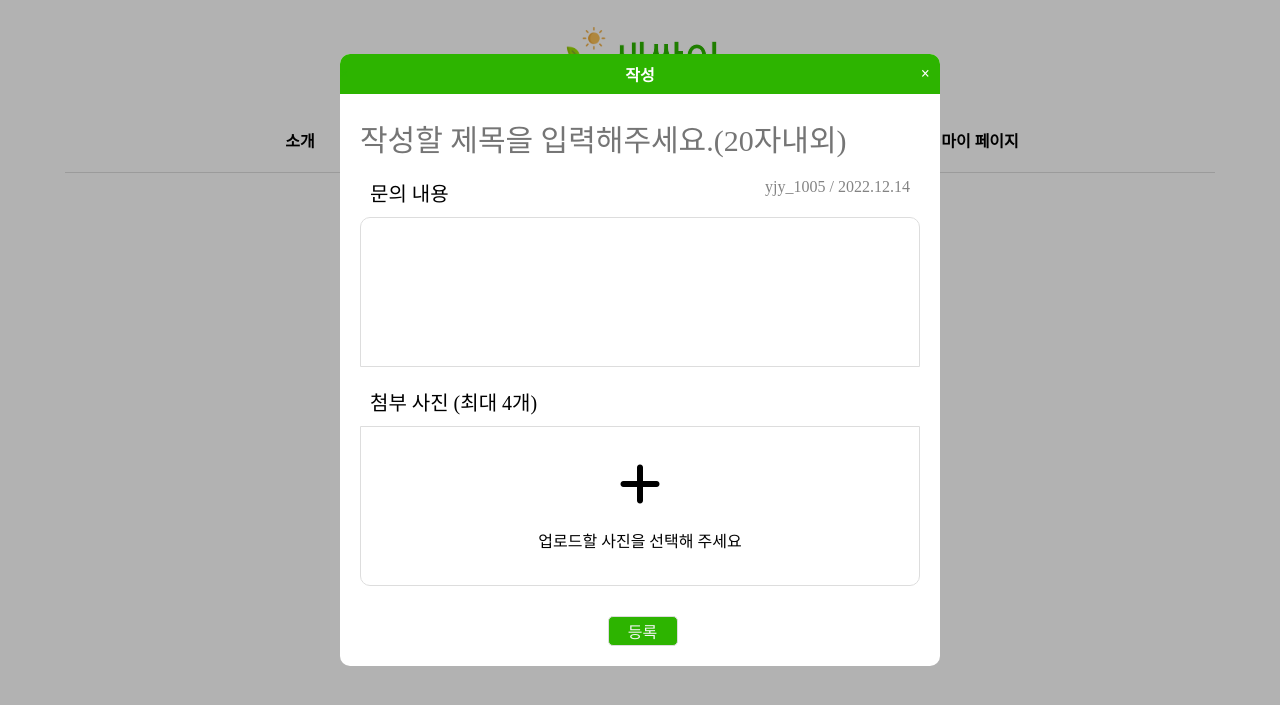
Repository: Seedye/Seedye
Page: team/src/main/webapp/html/board/board-write.html
These files come from the project's save history. The page is drawn as it stood at one moment and after the next save; the edit follows.
The browser window is 1280 px wide. The pictures show the whole page.
Some web fonts or font styles are not loaded; a fallback is used. Some web libraries are served in a nearby version.

Above is the page before, as saved 2022-12-19 09:29:43.

### team/src/main/webapp/html/board/board-write.html
<!DOCTYPE html>
<html lang="en">
<head>
  <meta charset="UTF-8">
  <meta http-equiv="X-UA-Compatible" content="IE=edge">
  <meta name="viewport" content="width=device-width, initial-scale=1.0">
  <link rel="stylesheet" href="../../resources/css/header.css">
  <link rel="stylesheet" href="../../resources/css/board/board-write-style.css">
  <title>게시물 작성 모달</title>

  <script src="https://kit.fontawesome.com/95f413b465.js" crossorigin="anonymous"></script>

</head>
<body>
  <header>
    <!-- 헤더 -->
    <section id="header-container">
        <!-- 로고 -->
        <section id="header-section">
            <a href="#"><img id="logo" src="../../resources/images/새싹이.png"></a>
            <a href="#" id="logo-content">새싹이</a>
        </section>
        <!-- 메뉴창 -->
        <nav id="nav-bar">
            <ul>
                <li><a href="#"></a>소개</li>
                <li><a href="#"></a>공지사항</li>
                <li><a href="../board/board-list.html"></a>커뮤니티</li>
                <li><a href="#"></a>식당 등록 문의</li>
                <li><a href="#"></a>마이 페이지</li>
                <!-- <li><a href="#"></a>관리자</li> -->
                <!-- <li><a href="#"></a>후원</li> -->
            </ul>
        </nav>
    </section>
  </header>
  <div class="board-view-modal">
    <div class="board-view-area">
      <!-- /* 상세보기 */ -->
      <div class="board-view-title">
        <p class="board-view-x-hidden">&times;</p>
        <p>작성</p>
        <p class="board-view-x">&times;</p>
      </div>

      <!-- /* 상세보기 내용 */ -->
      <div class="board-view-content-all">
        <div class="board-view-title-detail-answer">
          <!-- <p>[ </p> -->
          <input type="text" placeholder="작성할 제목을 입력해주세요.(20자내외)">
          <!-- <p> ]</p> -->
      </div>

      <div class="board-view-title-detail-answer">
        <div class="board-view-content-detail-answer">
          <div class="board-view-content-content">
            <p>문의 내용</p>
            <p>yjy_1005 / 2022.12.14</p>
          </div>
          <div class="board-view-content-text">
            <textarea></textarea>

          </div>
        </div>
      </div>

      <div class="board-view-title-detail-answer">
        <div class="board-view-content-detail-answer">
          <div class="board-view-content-content">
            <p>첨부 사진 (최대 4개)</p>
            <!-- <p>2022.12.15</p> -->
          </div>

              <div class="board-view-content-img-area" id="boardViewContentImgArea">
              <!-- <div></div> -->
              <!-- 파일선택 div -->
                <div class="board-view-content-img-select" id="boardViewContentImgSelect">
                  <label for="inputFile">
                    <i class="fa-solid fa-plus fa-3x"></i>
                    <p>업로드할 사진을 선택해 주세요</p>
                  </label>
                  <input type="file" id="inputFile" multiple="multiple" hidden>
                </div>
                <!-- 이미지미리보기 -->
                <!-- <div class="board-view-content-img">
                  <div class="board-Write-img-delete">&times;</div>

                  <img src="../../resources/images/게시판테스트img1.jpg" alt="">
                </div>
                <div class="board-view-content-img">
                  <div class="board-Write-img-delete">&times;</div>
                  <img src="../../resources/images/게시판테스트img2.jpg" alt="">
                </div>
                <div class="board-view-content-img">
                  <div class="board-Write-img-delete">&times;</div>
                  <img src="../../resources/images/게시판테스트img3.jpg" alt="">
                </div>
                <div class="board-view-content-img">
                  <div class="board-Write-img-delete">&times;</div>
                  <img src="../../resources/images/게시판테스트img3.jpg" alt="">
                </div>

                사진 추가 버튼
                <div class="board-view-content-img">
                  <div class="board-Write-img-delete">
                    <label for="addInputFile">
                      <i class="fa-solid fa-plus fa-3x"></i>
                    </label>
                    <input type="file" id="addInputFile" multiple="multiple" hidden>
                  </div>
                </div>

              -->

              </div>


        </div>
      </div>

      </div>
      <div class="board-view-content-delete-update">
        <div class="board-view-btn">
          등록
        </div>
        <!-- <div class="board-view-btn">
          수정
        </div> -->
      </div>
    </div>
  </div>
<script src="../../resources/js/board.js"></script>
</body>

</html>

### team/src/main/webapp/resources/css/header.css

@font-face {
    font-family: 'yg-jalnan';
    src: url('https://cdn.jsdelivr.net/gh/projectnoonnu/noonfonts_four@1.2/JalnanOTF00.woff') format('woff');
    font-weight: normal;
    font-style: normal;
}


@font-face {
    font-family: 'NIXGONM-Vb';
    src: url('https://cdn.jsdelivr.net/gh/projectnoonnu/noonfonts_six@1.2/NIXGONM-Vb.woff') format('woff');
    font-weight: normal;
    font-style: normal;
}

*{
    box-sizing: border-box;
    margin: 0;
    padding: 0;
}

header{
    position: sticky;
    top: 0;
    background-color: white;
    z-index: 1000;
}

body{
    display: flex;
    justify-content: center;
    align-items: center;
    flex-direction: column;
}

#header-section{
    width: 100%;
    display: flex;
    justify-content: center;
    align-items: center;
    margin-top: 20px;
}

#logo{
    width: 50px;
    height: 50px;
}

#logo-content{
    color: #2db400;
    -webkit-text-stroke: 1px white;
    text-decoration: none;
    font-weight: bold;
    font-family: yg-jalnan;
    font-size: 40px;
    padding-top: 10px;
}

#nav-bar{
    display: flex;
    justify-content: center;
    margin: 20px 0px  0px  0px;
}

#nav-bar > ul {
    /* width: 100vw; */
    display: flex;
    justify-content: space-between;
    font-weight: bold;
    border-bottom: 1px solid #ddd;
    padding: 0px 150px;
}

#nav-bar > ul > li{
    font-family: NIXGONM-Vb;
    float: left;
    display: flex;
    justify-content: center;
    padding: 20px 35px;
    border-radius: 6px;
    cursor: pointer;
    width: 170px;
    height: auto;
}

#nav-bar > ul > li:hover{
    background-color: rgba(45, 180, 0, 0.6);
    color: white;
    transition-duration: 0.3s;
}

footer {
    width: 1200px;
    height: 134px;
    color: gray;
    font-size: var(--small-font-size);
    padding: 20px 0;

    display: flex;
    flex-direction: column;
    justify-content: space-around;
    align-items: center;

    /* position: absolute; */
    bottom: 0;

    border-top: 1px solid #ddd;
  }

  footer a {
    color: gray;
  }

### team/src/main/webapp/resources/css/board/board-write-style.css
*{
  font-family: "NIXGONM-Vb";
}
.board-view-modal{
  top: 0; left: 0;
  position: absolute;
  width: 100vw;
  height: 100vh;
  background-color: rgba(0, 0, 0, 0.3);

  /* display: none; */
  display: flex;
  align-items: center;
  justify-content: center;
  z-index: 1000;
}
/* 상세보기 흰영역 */
.board-view-area{
  width: 40vw;
  /* height: 30vw; */
  max-width: 600px;
  min-width: 600px;
  min-height: 300px;
  /* max-height: 650px; */
  background-color: white;
  border-radius: 10px;
  /* overflow: auto; */
  overflow: hidden;
  margin: auto;
}
/* 상세보기 제목 위에 초록*/
.board-view-title{
  width: 100%;
  height: 40px;
  background-color:  #2db400;
  display: flex;
  align-items: center;
  justify-content: space-between;
  color: white;
  font-weight: bold;

}
.board-view-x-hidden{
  color:  #2db400;
  padding-right: 10px;
}
.board-view-x{
  padding-right: 10px;
  cursor: pointer;
}
/* 초록색 아래부분 */
.board-view-content-all{
  padding: 20px;
  /* overflow: auto; */
}

.board-view-title-detail-answer > input{
  font-size: 30px;
  border: none;
  width: 100%;
  outline: none;
}
/* .board-view-title-detail-answer:first-child{
  display: flex;
} */
.board-view-content-all > *{
  padding: 10px 0 0 0;
}
.board-view-content-content{
  display: flex;
  justify-content: space-between;
  padding: 10px;
}
.board-view-content-text>textarea{
  width: 100%;
  height: 90%;
  border: none;
  outline: none;
  resize: none;
  font-size: 20px;
}
.board-view-content-text{
  height: 150px;
  padding: 10px;
  /* border-radius: 10px; */
  border-top-left-radius: 10px;
  border-top-right-radius: 10px;
  box-shadow: 10px;
  border: 1px solid #ddd;
  /* margin-bottom: 10px; */
  overflow: auto;
}
#boardViewContentText{
  /* margin-bottom: 10px; */

}
.board-view-content-content > p:nth-child(2){
  color:rgba(0, 0, 0, 0.486);
}
.board-view-content-content > p:nth-child(1){
  font-size: 20px;
}
.board-view-content-img-area{
  /* width: 1000px; */
  display: flex;
  height: 160px;
  padding: 10px;
  border-bottom-left-radius: 10px;
  border-bottom-right-radius: 10px;
  box-shadow: 10px;
  border: 1px solid #ddd;
  margin-bottom: 10px;
  /* overflow: auto; */
  /* display: none; */
}
.board-view-content-img{
  width: 120px;
  /* min-width: 90px; */
  height: 120px;
  /* background-color: red; */
  /* display: flex; */
  /* flex-direction: column; */
  margin: 7px;
  cursor: pointer;
  /* display: none; */
}
.board-view-content-img :hover{
  background-color: #2db40025;
}
.board-view-content-img > img{
  /* position: absolute; */
  width: 100%;
  height: 100%;
  object-fit: cover;
}
/* 삭제 수정 버튼 */
.board-view-content-delete-update{
  display: flex;
  justify-content: center;
}
.board-view-btn{
  display: flex;
  justify-content: center;
  align-items: center;
  width:70px;
  height: 30px;
  border-radius: 5px;
  margin-left: 5px;
  margin-bottom: 20px;
  border: 1px solid #ddd;
  cursor: pointer;
  background-color: #2db400;
  color: whitesmoke;
}
.board-view-btn:hover{
  transition-duration: 0.2s;
  background-color: #2aa800;
  box-shadow: 1px 1px 1px 1px rgb(206, 204, 204);
  border:none;
}

.board-view-content-img-select{
  width: 100%;
  height: 100%;
  display: flex;
  justify-content: center;
  align-items: center;
  flex-direction: column;
  color: black;
  cursor: pointer;
}
.board-view-content-img-select > label{

  display: flex;
  justify-content: center;
  align-items: center;
  flex-direction: column;
  color: black;
  cursor: pointer;

}

.board-view-content-img-select >label> i{
  margin-bottom: 20px;

}

/* .board-view-content-img-area > div{
  position: absolute;w
  width: 100%;
  height: 100%;
  background-color: rgba(0, 0, 0, 0.212);
  box-shadow: 1px 1px 1px px yellow;
} */

.board-Write-img-delete{
  position: absolute;
  width: 120px;
  height: 120px;
  background-color: rgba(0, 0, 0, 0.274);
  color: white;
  font-size: 50px;
  font-weight: bold;

  display: flex;
  justify-content: center;
  align-items: center;
}

### team/src/main/webapp/resources/js/board.js
const inputFile = document.getElementById("inputFile"); // 글쓰기 파일 선택
const boardViewContentImgSelect = document.getElementById("boardViewContentImgSelect"); // 업로드할 사진을 선택해주세요 문구 나오는 곳
const boardViewContentImgArea = document.getElementById("boardViewContentImgArea");//파일 넣고 합치기 할때
// 파일 선택
inputFile.addEventListener("change", (e)=>{

  if(e.target.files[0] != undefined){
    boardViewContentImgSelect.style.display="none";
    var filesLength = parseInt(e.target.files.length);
    if(filesLength <4){
      // <div class="board-view-content-img">
      //   <div class="board-Write-img-delete">
      //     <label for="addInputFile">
      //       <i class="fa-solid fa-plus fa-3x"></i>
      //     </label>
      //     <input type="file" id="addInputFile" multiple="multiple" hidden>
      //   </div>
      // </div>
      const contentImgDiv = document.createElement("div");
      const ImgDeleteDiv = document.createElement("div");
      const addInputFileLabel = document.createElement("label");
      const ImgAddI = document.createElement("i");
      const addFileHiddenInput = document.createElement("input");

      contentImgDiv.classList.add("board-view-content-img");
      ImgDeleteDiv.classList.add("board-Write-img-delete");
      addInputFileLabel.setAttribute("for", "addInputFile");
      ImgAddI.innerHTML='<i class="fa-solid fa-plus fa-1x"></i>'
      addFileHiddenInput.setAttribute("type", "file");
      addFileHiddenInput.setAttribute("id", "addInputFile");
      addFileHiddenInput.setAttribute("multiple", "multiple");

      addInputFileLabel.append(ImgAddI);
      ImgDeleteDiv.append(addInputFileLabel,addFileHiddenInput);
      boardViewContentImgArea.append(contentImgDiv);

    }
    for(let i=0; i < e.target.files.length; i++){
      // 이벤트 발생한 파일 길이 만큼 for문 돌림

      const reader = new FileReader(); // 파일 읽는 객체
      reader.readAsDataURL(e.target.files[i]); // 파일 정보를 불러와서 URL형태로 저장

      reader.onload = (e) => {
        // <div class="board-view-content-img">
        //   <div class="board-Write-img-delete">&times;</div>

        //   <img src="../../resources/images/게시판테스트img1.jpg" alt="">
        // </div>

        const contentImgDiv = document.createElement("div");
        const ImgDeleteDiv = document.createElement("div");
        const fileImg = document.createElement("img");

        contentImgDiv.classList.add("board-view-content-img");
        ImgDeleteDiv.classList.add("board-Write-img-delete");
        fileImg.setAttribute("src", e.target.result);

        // 조립하기
        ImgDeleteDiv.append('X');
        contentImgDiv.append(ImgDeleteDiv, fileImg);
        boardViewContentImgArea.append(contentImgDiv);

      }

      console.log(e.target.files.length);
    }


  }

});

After the next save:
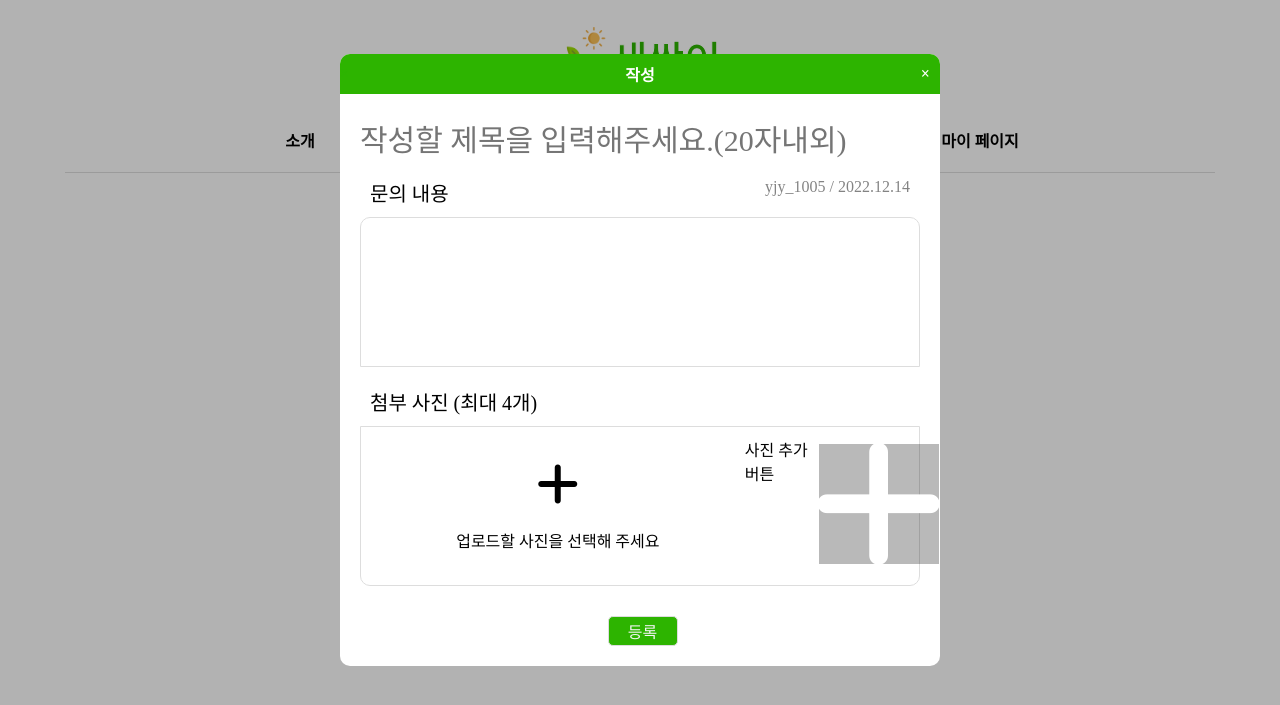
Saved 25 s later.
--- a/team/src/main/webapp/html/board/board-write.html
+++ b/team/src/main/webapp/html/board/board-write.html
@@ -99,7 +99,7 @@
                   <div class="board-Write-img-delete">&times;</div>
                   <img src="../../resources/images/게시판테스트img3.jpg" alt="">
                 </div>
-
+              -->
                 사진 추가 버튼
                 <div class="board-view-content-img">
                   <div class="board-Write-img-delete">
@@ -110,7 +110,7 @@
                   </div>
                 </div>
 
-              -->
+
 
               </div>
 
